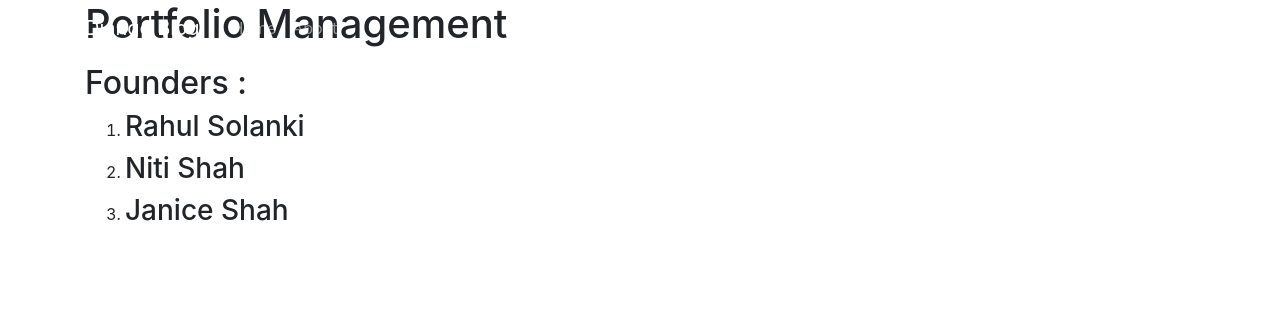
Repository: rahulsolankib/portfolio
Page: http://localhost/
An editor plug-in stored every save of this project. The page is shown before and after the next save, followed by the edit.
The browser window is 1280 px wide. The pictures show the whole page.
The page is served by the project's application, run on Django 3.2 (manage.py). Other server files are loaded and not shown.

Above is the page before, as saved 2020-10-12 01:46:00.

### startPage/templates/startPage/home.html
{% extends "startPage/base.html" %}
{% block content %}
    <h1>{{details.title}}</h1>
    <p>{{details.quote}}</p>
    <h2>Founders : </h2>
    <ol>
        {% for founder in details.founders %}
            <li><h3>{{founder}}</h3></li>
        {% endfor %}
    </ol>
{% endblock content %}

<!DOCTYPE html>
<html>
<head>
    {% if title %}
        <title>Django - {{title}}</title>
    {% else %}
        <title>Django</title>
    {% endif %}
</head>
<body>

</body>
</html>

### startPage/templates/startPage/base.html
<!DOCTYPE html>
<html>
<head>
    <meta charset="utf-8">
    <meta name="viewport" content="width=device-width, initial-scale=1, shrink-to-fit=no">

    <!-- Bootstrap CSS -->
    <link rel="stylesheet" href="https://stackpath.bootstrapcdn.com/bootstrap/4.5.2/css/bootstrap.min.css" integrity="sha384-JcKb8q3iqJ61gNV9KGb8thSsNjpSL0n8PARn9HuZOnIxN0hoP+VmmDGMN5t9UJ0Z" crossorigin="anonymous">

    {% if title %}
        <title>Django - {{title}}</title>
    {% else %}
        <title>Django</title>
    {% endif %}
</head>
<body>
    <header class="site-header">
        <nav class="navbar navbar-expand-md navbar-dark bg-steel fixed-top">
            <div class="container">
            <a class="navbar-brand mr-4" href="/">Django Blog</a>
            <button class="navbar-toggler" type="button" data-toggle="collapse" data-target="#navbarToggle" aria-controls="navbarToggle" aria-expanded="false" aria-label="Toggle navigation">
            <span class="navbar-toggler-icon"></span>
            </button>
            <div class="collapse navbar-collapse" id="navbarToggle">
                <div class="navbar-nav mr-auto">
                <a class="nav-item nav-link" href="/">Home</a>
                <a class="nav-item nav-link" href="/about">About</a>
                </div>
                <!-- Navbar Right Side -->
                <div class="navbar-nav">
                <a class="nav-item nav-link" href="#">Login</a>
                <a class="nav-item nav-link" href="#">Register</a>
                </div>
            </div>
            </div>
        </nav>
    </header>
    <div class="container">
        {% block content %}{% endblock %}
    </div>

    <script src="https://code.jquery.com/jquery-3.5.1.slim.min.js" integrity="sha384-DfXdz2htPH0lsSSs5nCTpuj/zy4C+OGpamoFVy38MVBnE+IbbVYUew+OrCXaRkfj" crossorigin="anonymous"></script>
    <script src="https://cdn.jsdelivr.net/npm/popper.js@1.16.1/dist/umd/popper.min.js" integrity="sha384-9/reFTGAW83EW2RDu2S0VKaIzap3H66lZH81PoYlFhbGU+6BZp6G7niu735Sk7lN" crossorigin="anonymous"></script>
    <script src="https://stackpath.bootstrapcdn.com/bootstrap/4.5.2/js/bootstrap.min.js" integrity="sha384-B4gt1jrGC7Jh4AgTPSdUtOBvfO8shuf57BaghqFfPlYxofvL8/KUEfYiJOMMV+rV" crossorigin="anonymous"></script>
</body>
</html>

### startPage/views.py
from django.shortcuts import render
from django.http import HttpResponse


details = {'title':'Portfolio Management','founders': ['Rahul Solanki', 'Niti Shah', 'Janice Shah'],'Quote':'Where there is a will there is a way' }
def home(request):
    context = {
        'details' : details,
        'title' : 'Portolio Management'
    }
    return render(request,'startPage/home.html',context)

def about(request):
    return render(request,'startPage/about.html',{'title':'About Page'})

### portfolio/urls.py
"""portfolio URL Configuration

The `urlpatterns` list routes URLs to views. For more information please see:
    https://docs.djangoproject.com/en/3.1/topics/http/urls/
Examples:
Function views
    1. Add an import:  from my_app import views
    2. Add a URL to urlpatterns:  path('', views.home, name='home')
Class-based views
    1. Add an import:  from other_app.views import Home
    2. Add a URL to urlpatterns:  path('', Home.as_view(), name='home')
Including another URLconf
    1. Import the include() function: from django.urls import include, path
    2. Add a URL to urlpatterns:  path('blog/', include('blog.urls'))
"""
from django.contrib import admin
from django.urls import path,include
from user import views as user_views

urlpatterns = [
    path('admin/', admin.site.urls),
    path('register/',user_views.register,name='register'),
    path('',include('startPage.urls'))
]

### startPage/urls.py
from django.urls import path
from . import views

urlpatterns = [
    path('', views.home,name="Start-Page"),
    path('about/', views.about,name="About-Page"),
]

After the next save:
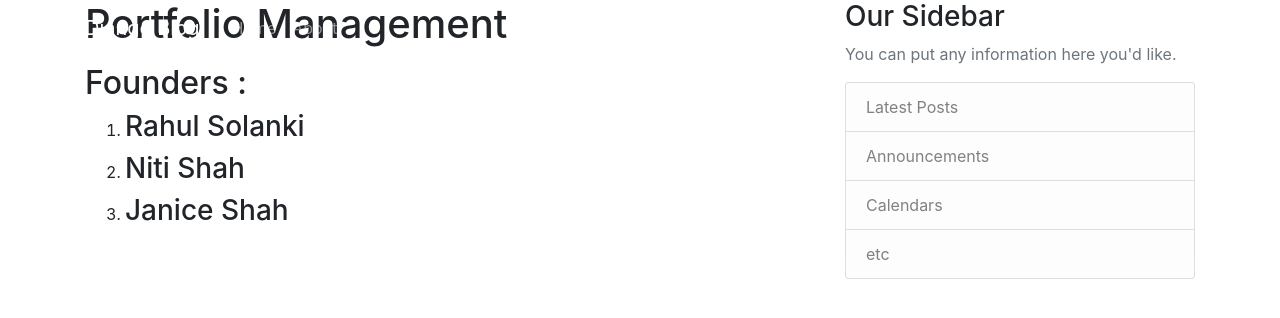
Saved 115 s later.
--- a/startPage/templates/startPage/base.html
+++ b/startPage/templates/startPage/base.html
@@ -35,9 +35,27 @@
             </div>
         </nav>
     </header>
-    <div class="container">
-        {% block content %}{% endblock %}
-    </div>
+    <main role="main" class="container">
+        <div class="row">
+            <div class="col-md-8">
+            {% block content %}{% endblock %}
+            </div>
+            <div class="col-md-4">
+            <div class="content-section">
+                <h3>Our Sidebar</h3>
+                <p class='text-muted'>You can put any information here you'd like.
+                <ul class="list-group">
+                    <li class="list-group-item list-group-item-light">Latest Posts</li>
+                    <li class="list-group-item list-group-item-light">Announcements</li>
+                    <li class="list-group-item list-group-item-light">Calendars</li>
+                    <li class="list-group-item list-group-item-light">etc</li>
+                </ul>
+                </p>
+            </div>
+            </div>
+        </div>
+    </main>
+
 
     <script src="https://code.jquery.com/jquery-3.5.1.slim.min.js" integrity="sha384-DfXdz2htPH0lsSSs5nCTpuj/zy4C+OGpamoFVy38MVBnE+IbbVYUew+OrCXaRkfj" crossorigin="anonymous"></script>
     <script src="https://cdn.jsdelivr.net/npm/popper.js@1.16.1/dist/umd/popper.min.js" integrity="sha384-9/reFTGAW83EW2RDu2S0VKaIzap3H66lZH81PoYlFhbGU+6BZp6G7niu735Sk7lN" crossorigin="anonymous"></script>
